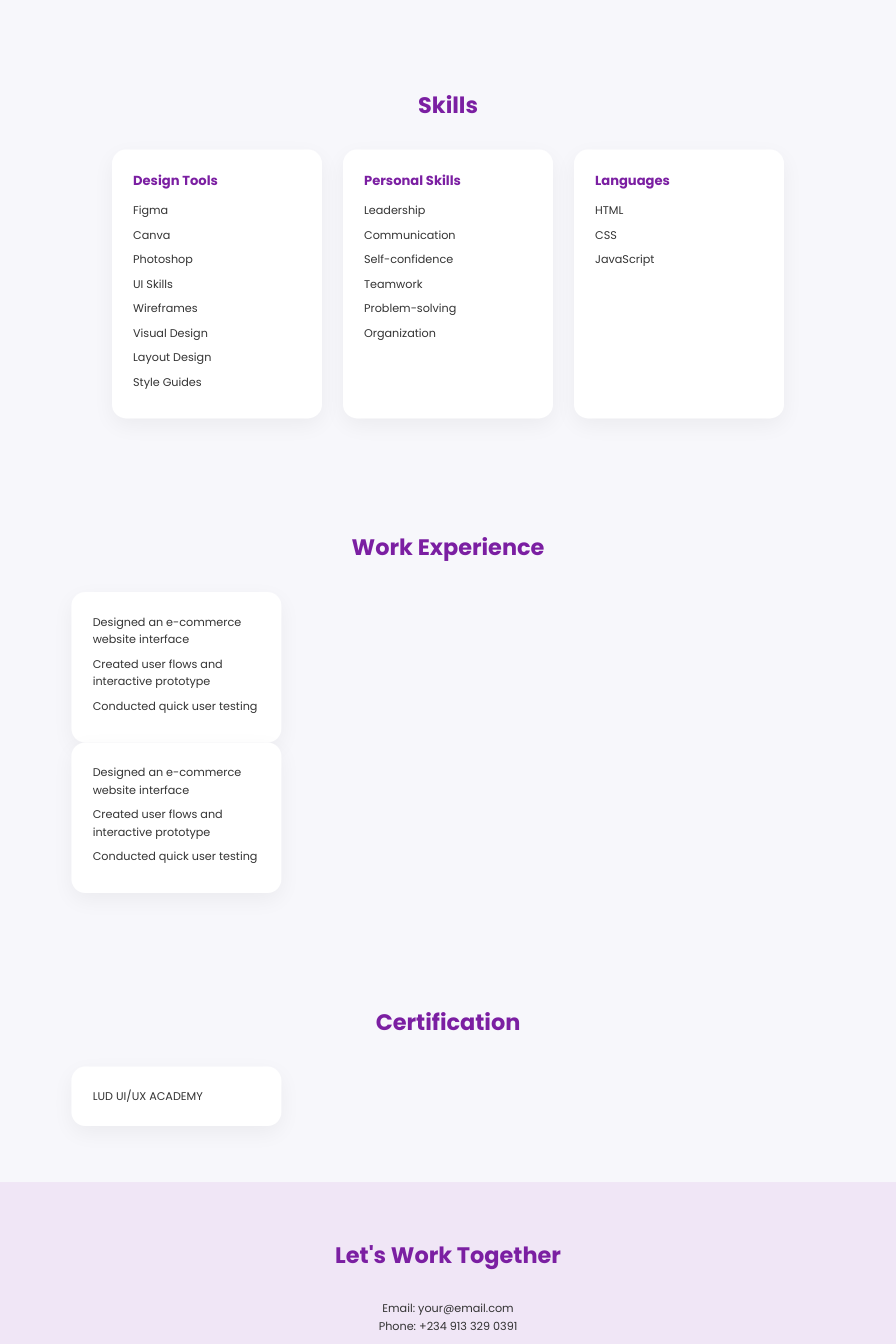
Repository: Paulo-930/UI-UX-Portfolio
Page: index.html
These files come from the project's save history. The page is drawn as it stood at one moment and after a run of saves; the edit follows.
The browser window is 1280 px wide. The pictures show the part of the page from y = 684 to 2604 px (the page is 2736 px tall before and 2721 px after), at 70% of full size.
A picture or video elsewhere on the page could not be fetched, so the positions and the page height are approximate.

Above is the page before, as saved 2026-02-23 11:01:00.

After the next 2 saves:
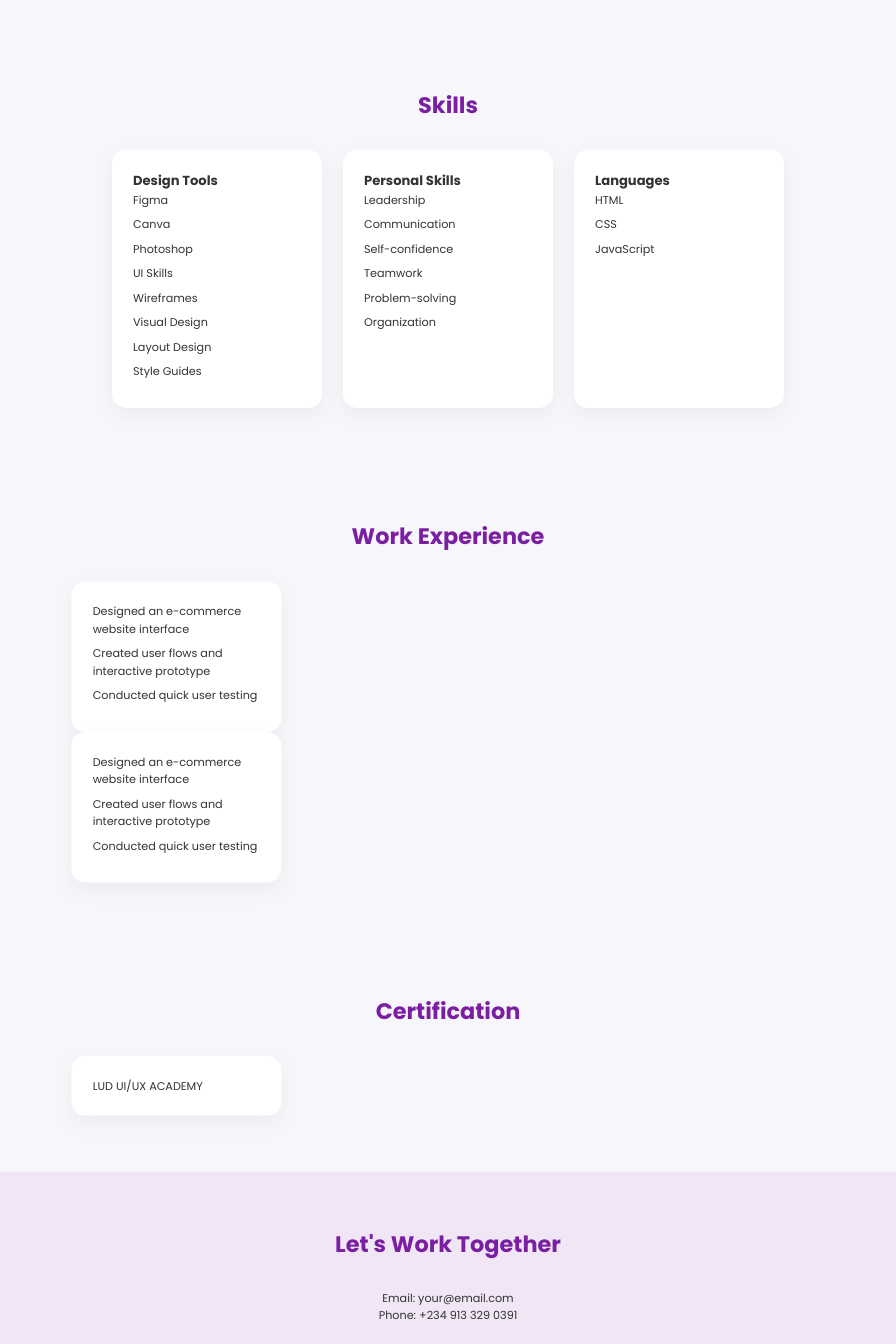
The 2 saves are shown as one change because they came seconds apart.
The last was saved 56 s later.
--- a/style.css
+++ b/style.css
@@ -103,7 +103,7 @@
   text-align: left;
 }
 
-
+.experience
 
 .card h3 {
   margin-bottom: 15px;

After the 5 saves that followed:
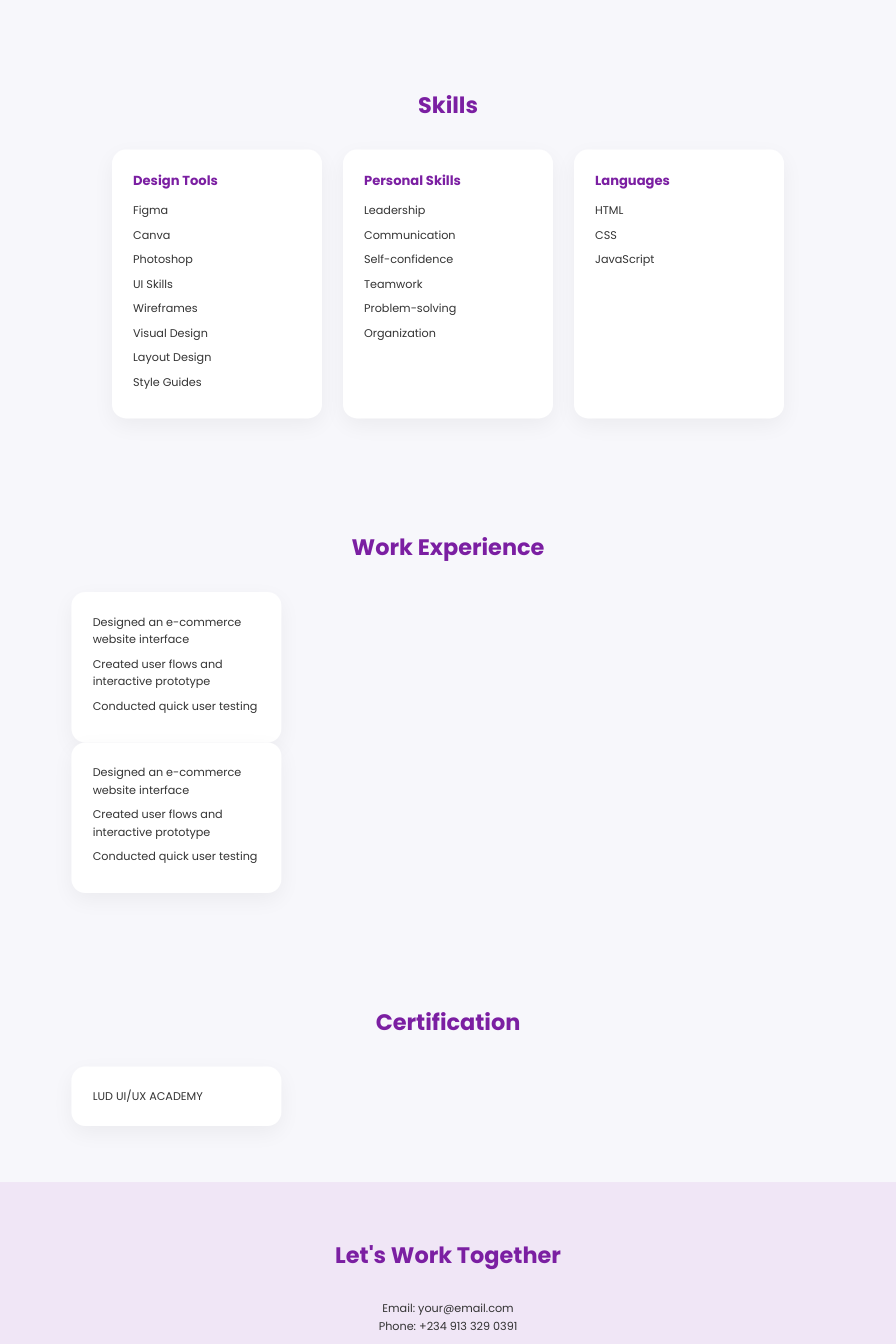
The 5 saves are shown as one change because 3 left the picture as it was and some came seconds apart.
The last was saved 38 s later.
--- a/style.css
+++ b/style.css
@@ -103,7 +103,9 @@
   text-align: left;
 }
 
-.experience
+#experience > .card {
+
+}
 
 .card h3 {
   margin-bottom: 15px;
